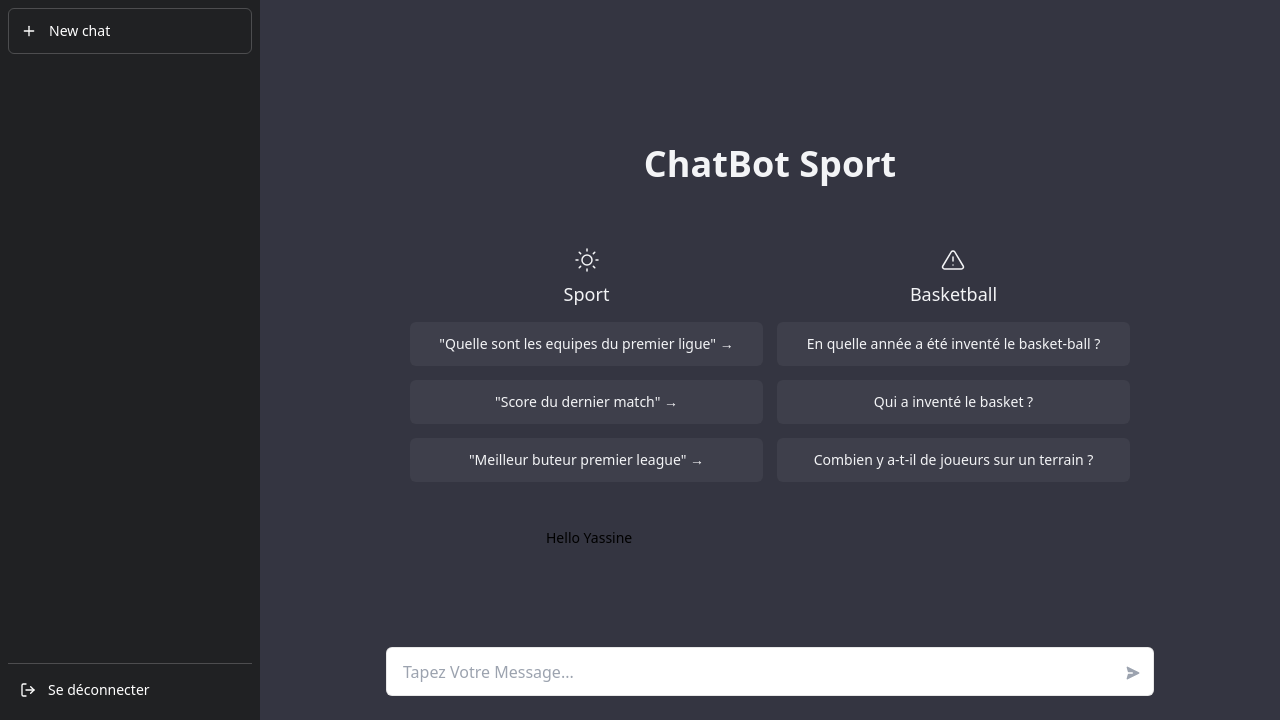
Repository: HaithemBenSlama/chatbot-front
Page: /, after clicking the first element matching `button.sc-gsFSXq`
An editor plug-in stored every save of this project. The page is shown before and after the next save, followed by the edit.
The browser window is 1280 px wide. The pictures show the whole page.
The project was rebuilt for these pictures with package versions that can differ from the ones it lists, and the page was loaded fresh each time. Also part of the build but not shown: src/constants/svg/lightningChargeIcon.js, src/constants/svg/externalLinkIcon.js, src/constants/svg/discordIcon.js, src/constants/svg/menuIcon.js, src/Components/Login/form-input.css.

Above is the page before, as saved 2023-05-01 22:10:16.

### src/App.js
import React from 'react'
import { LeftSection, RightSection } from './Components/main'
import { useState } from "react"
import Login from './Components/Login/Login';

const App = () => {
  const [isLoggedIn, setIsLoggedIn] = useState(false);
  return (
    <div>
      {isLoggedIn ? (
        <>
        <LeftSection setIsLoggedIn={setIsLoggedIn}/>
        <RightSection/>
        </>
      ) : (
        <Login setIsLoggedIn={setIsLoggedIn}/>
      )}
    </div>
  )
      }
export default App

### src/Components/main/index.js
import LeftSection from "./LeftSection";
import RightSection from "./RightSection";
import Footer from "./Footer";

export {RightSection, LeftSection, Footer}

### src/Components/Login/Login.jsx
import React from "react";
import "./login.css";
import * as Components from './Components';
import   { useState } from 'react';
import { useCookies } from "react-cookie";
import FormInput from "./FormInput";

const Login = ({setIsLoggedIn}) => {
    const [token,setToken]=useCookies(["user-token"]);
    const [signIn, toggle] = React.useState(true);
    const [data, setData] = useState();

    const [values, setValues] = useState({
        username: "",
        password: "",
    });
    const onChange = (e) => {
            setValues({ ...values, [e.target.name]: e.target.value });
    };

    const [valuesCreate, setValuesCreate] = useState({
        username: "",
        city: "",
        email: "",
        password: "",
    });
    const onChangeCreate = (e) => {
        setValuesCreate({ ...valuesCreate, [e.target.name]: e.target.value });
    };
    const handleSubmit = (e) => {
        e.preventDefault();
    };

    const inputs = [
        {
        id: 1,
        name: "username",
        type: "text",
        placeholder: "Username",
        errorMessage:
            "Username should be 3-16 characters and shouldn't include any special character!",
        label: "Username",
        pattern: "^[A-Za-z0-9]{3,16}$",
        required: true,
        },
        {
        id: 2,
        name: "password",
        type: "password",
        placeholder: "Password",
        errorMessage:
            "Password should be 8-20 characters and include at least 1 letter and 1 number!",
        label: "Password",
        pattern: `^(?=.*[0-9])(?=.*[a-zA-Z])[a-zA-Z0-9!@#$%^&*]{8,20}$`,
        required: true,
        },
    ];

    const inputsCreate = [
        {
        id: 1,
        name: "username",
        type: "text",
        placeholder: "Username",
        errorMessage:
            "Username should be 3-16 characters and shouldn't include any special character!",
        label: "Username",
        pattern: "^[A-Za-z0-9]{3,16}$",
        required: true,
        },
        {
            id: 2,
            name: "city",
            type: "text",
            placeholder: "City",
            errorMessage:
                "City name should be 3-16 characters and shouldn't include any special character!",
            label: "City",
            pattern: "^[A-Za-z]{3,16}$",
            required: true,
            },
        {
        id: 3,
        name: "email",
        type: "email",
        placeholder: "Email",
        errorMessage: "It should be a valid email address!",
        label: "Email",
        required: true,
        },
        {
        id: 4,
        name: "password",
        type: "password",
        placeholder: "Password",
        errorMessage:
            "Password should be 8-20 characters and include at least 1 letter and 1 number!",
        label: "Password",
        pattern: `^(?=.*[0-9])(?=.*[a-zA-Z])[a-zA-Z0-9!@#$%^&*]{8,20}$`,
        required: true,
        },
    ];

    const submitLog = async (e) => {
        e.preventDefault()
        const user = {
            username: values.username,
            password: values.password
        };
        const response=await fetch('http://127.0.0.1:8000/user/verif_user_login/', {
            method: 'POST',
            headers: {
                'accept': '*/*',
                'Content-Type':'multipart/form-data; boundary=--------------------------499310528544182401120976',
            },
            body:JSON.stringify(user)
        })
        const responseJson=await response.json();
        setToken("user-token",responseJson.usertoken);
    };

    const submitCreate = async (e) => {

        e.preventDefault()
        const user = {
            username: valuesCreate.username,
            city: valuesCreate.city,
            email: valuesCreate.email,
            password: valuesCreate.password
        };
        const response=await fetch('http://127.0.0.1:8000/user/verif_user/', {
            method: 'POST',
            headers: {
                'accept': '*/*',
                'Content-Type':'multipart/form-data; boundary=--------------------------499310528544182401120976',
            },
            body:JSON.stringify(user)
        })
        const responseJson=await response.json();
        setToken("user-token",responseJson.usertoken);
    };


        return(
            <div className="comp_body"><h1 className="logTitle">ChatBot</h1>
                <Components.Container>
                    <Components.SignUpContainer signinIn={signIn}>
                        <Components.Form  onSubmit={handleSubmit} >
                            <Components.Title>Create Account</Components.Title>
                            {inputsCreate.map((input) => (
                                <FormInput
                                    key={input.id}
                                    {...input}
                                    value={valuesCreate[input.name]}
                                    onChange={onChangeCreate}
                                />
                                ))}
                            <Components.Button onClick={submitCreate}>Sign Up</Components.Button>
                        </Components.Form>
                    </Components.SignUpContainer>

                    <Components.SignInContainer signinIn={signIn}>
                        <Components.Form >
                            <Components.Title>Log in</Components.Title>
                            {inputs.map((input) => (
                                <FormInput
                                    key={input.id}
                                    {...input}
                                    value={values[input.name]}
                                    onChange={onChange}
                                />
                                ))}
                            <Components.Anchor href='#'>Forgot your password?</Components.Anchor>
                            <Components.Button onClick={()=>{setIsLoggedIn(true)}} >Sign In</Components.Button>
                        </Components.Form>
                    </Components.SignInContainer>

                    <Components.OverlayContainer signinIn={signIn}>
                    <Components.Overlay signinIn={signIn}>

                    <Components.LeftOverlayPanel signinIn={signIn}>
                        <Components.Title>Welcome Back!</Components.Title>
                        <Components.Paragraph>
                            To keep connected with us please login with your personal info
                        </Components.Paragraph>
                        <Components.GhostButton onClick={() => toggle(true)}>
                            Sign In
                        </Components.GhostButton>
                        </Components.LeftOverlayPanel>

                        <Components.RightOverlayPanel signinIn={signIn}>
                            <Components.Title>Hello, Friend!</Components.Title>
                            <Components.Paragraph>
                                Enter Your personal details and start journey with us
                            </Components.Paragraph>
                                <Components.GhostButton onClick={() => toggle(false)}>
                                    Sigin Up
                                </Components.GhostButton>
                        </Components.RightOverlayPanel>

                    </Components.Overlay>
                </Components.OverlayContainer>

            </Components.Container>
        </div>
        )
}

export default Login;

### src/Components/main/LeftSection/index.js
import React from "react";
import { LogOutIcon,PlusIcon,} from "../../../constants";

const LeftSection = ({ show = false }) => {
  return (
    <div
      className={`${show && " flex flex-col"} ${
        !show && "hidden"
      } bg-black md:fixed md:inset-y-0 md:flex md:w-[260px] md:flex-col`}
    >
      <div className="flex h-full min-h-0 flex-col ">
        <div className="scrollbar-trigger flex h-full w-full flex-1 items-start border-white/20">
          <nav className="flex h-full flex-1 flex-col space-y-1 p-2">
            <a className="flex py-3 px-3 items-center gap-3 rounded-md hover:bg-gray-500/10 transition-colors duration-200 text-white cursor-pointer text-sm mb-2 flex-shrink-0 border border-white/20">
              <PlusIcon />
              New chat
            </a>
            <div className="flex-col flex-1 overflow-y-auto border-b border-white/20">
              <div className="flex flex-col gap-2 text-gray-100 text-sm">
                {/*  */}
              </div>
            </div>
              <a
                className="flex py-3 px-3 items-center gap-3 rounded-md hover:bg-gray-500/10 transition-colors duration-200 text-white cursor-pointer text-sm"
                href="/Login"
              >
                <LogOutIcon/>
                Se déconnecter
              </a>
          </nav>
        </div>
      </div>
    </div>
  );
};

export default LeftSection;

### src/Components/main/RightSection/index.js
import { CautionIcon, LightningChargeIcon, SunIcon } from "../../../constants";
import Footer from "../Footer";

const RightSection = () => {
  return (
    <div className="flex h-full flex-1 flex-col md:pl-[260px]">
      <main className="relative h-full w-full transition-width flex flex-col overflow-hidden items-stretch flex-1">
        <div className="flex-1 overflow-hidden">
          <div className="flex flex-col items-center text-sm h-full md:h-screen bg-lightBlack">
            <div className="text-gray-800 w-full md:max-w-2xl lg:max-w-3xl md:h-full md:flex md:flex-col px-6">
              <h1 className="text-4xl text-gray-100 font-semibold text-center mt-6 sm:mt-[20vh] ml-auto mr-auto mb-10 sm:mb-16">
                ChatBot Sport
              </h1>
              <div className="md:flex items-start text-center gap-3.5">
                {[
                  {
                    icon: <SunIcon />,
                    title: "Sport",
                    subTitle: [
                      `"Quelle sont les equipes du premier ligue" →`,
                      `"Score du dernier match" →`,
                      `"Meilleur buteur premier league" →`,
                    ],
                    hover: true,
                  },
                  {
                    icon: <CautionIcon />,
                    title: "Basketball",
                    subTitle: [
                      `En quelle année a été inventé le basket-ball ?`,
                      `Qui a inventé le basket ?`,
                      `Combien y a-t-il de joueurs sur un terrain ?`,
                    ],
                    hover: false,
                  },
                ].map((item, index) => (
                  <div
                    className="flex flex-col mb-8 md:mb-auto gap-3.5 flex-1"
                    key={index}
                  >
                    <h2 className="flex gap-3 text-gray-100 items-center m-auto text-lg font-normal md:flex-col md:gap-2">
                      {item.icon}
                      {item.title}
                    </h2>
                    <ul className="flex flex-col gap-3.5 w-full sm:max-w-md m-auto">
                      {item.subTitle.map((subTitle, subTitleIndex) => (
                        <button
                          className={`w-full bg-gray-50 text-gray-100 bg-white/5 p-3 rounded-md ${
                            item.hover
                              ? "hover:bg-gray-200 dark:hover:bg-gray-900 cursor-pointer"
                              : "cursor-text"
                          }`}
                          key={subTitleIndex}
                        >
                          {subTitle}
                        </button>
                      ))}
                    </ul>
                  </div>
                ))}
              </div>
            </div>
            <div className="w-1/2 h-48 flex-shrink-0">
            <div className="flex flex-col mb-8 md:mb-auto gap-3.5 flex-1">
              <ul className="flex flex-col gap-3.5 w-full sm:max-w-md m-auto">Hello Yassine</ul>
            </div>
            </div>
          </div>
        </div>
        <Footer />
      </main>
    </div>
  );
};

export default RightSection;

### src/Components/main/Footer/index.js
import React from "react";
import { PlaneIcon, UserIcon } from "../../../constants";

const Footer = () => {
  return (
    <div className="absolute bottom-0 left-0 w-full border-t md:border-t-0 dark:border-white/20 md:border-transparent md:dark:border-transparent md:bg-vert-light-gradient bg-gray-800 md:!bg-transparent">
      <form className="mx-2 flex flex-row gap-3 pt-2 last:mb-2 md:last:mb-6 lg:mx-auto lg:max-w-3xl lg:pt-6">
        <div className="relative flex h-full flex-1 md:flex-col">
          <div className="ml-1 mt-1.5 md:w-full md:m-auto md:flex md:mb-2 gap-2 justify-center">
            <div className="text-gray-100 p-1 md:hidden">
              <UserIcon />
            </div>
          </div>
          {/* Input */}
          <div className="flex flex-col w-full py-2 pl-3 flex-grow md:py-3 md:pl-4 relative border border-black/10 bg-white dark:border-gray-900/50 dark:text-white rounded-md bg-[rgba(64,65,79,var(--tw-bg-opacity))]">
            <textarea
              tabIndex="0"
              data-id="root"
              rows="1"
              placeholder="Tapez Votre Message..."
              className="m-0 w-full resize-none border-0 bg-transparent p-0 pr-7 focus:ring-0 focus-visible:ring-0 dark:bg-transparent outline-none overflow-y-hidden h-[23px]"
            ></textarea>
            <button className="absolute p-1 rounded-md text-gray-400 bottom-1.5 right-1 md:bottom-2.5 md:right-2 hover:bg-black">
              <PlaneIcon />
            </button>
          </div>
        </div>
      </form>
    </div>
  );
};

export default Footer;

### src/Components/Login/login.css
* {
    box-sizing: border-box;
}

.comp_body {
    background: #f6f5f7;
    display: flex;
    justify-content: center;
    align-items: center;
    flex-direction: column;
    font-family: "Montserrat", sans-serif;
    height: 100vh;
    margin: -20px 0 50px;
}
.logTitle {
    font-size: 3rem;
    font-weight: 600;
    text-align: center;
    margin-bottom: 2rem;
    color: #038c7a;
    text-shadow: 2px 2px 0px #f2f2f2, -2px -2px 0px #f2f2f2, 2px -2px 0px #f2f2f2, -2px 2px 0px #f2f2f2;
    text-transform: uppercase;
    letter-spacing: 3px;
    line-height: 1;
    position: relative;
}
.logTitle:before{
    content: "";
    width: 100%;
    height: 1px;
    position: absolute;
    bottom: -0.5rem;
    left: 0;
    background-color: #5c5c5c;
}

### src/Components/Login/Components.js
import styled from 'styled-components';

export const Container = styled.div`
background-color: #fff;
border-radius: 10px;
box-shadow: 0 14px 28px rgba(0, 0, 0, 0.25), 0 10px 10px rgba(0, 0, 0, 0.22);
position: relative;
overflow: hidden;
width: 678px;
max-width: 100%;
min-height: 450px;
`;

export const SignUpContainer = styled.div`
position: absolute;
top: 0;
height: 100%;
transition: all 0.6s ease-in-out;
left: 0;
width: 50%;
opacity: 0;
z-index: 1;
${props => props.signinIn !== true ? `
    transform: translateX(100%);
    opacity: 1;
    z-index: 5;
`
: null}
`;


export const SignInContainer = styled.div`
position: absolute;
top: 0;
height: 100%;
transition: all 0.6s ease-in-out;
left: 0;
width: 50%;
z-index: 2;
${props => (props.signinIn !== true ? `transform: translateX(100%);` : null)}
`;

export const Form = styled.div`
background-color: #ffffff;
display: flex;
align-items: center;
justify-content: center;
flex-direction: column;
padding: 0 50px;
height: 100%;
text-align: center;
`;

export const Title = styled.h1`
font-weight: bold;
margin-bottom: 15px;
`;

export const Input = styled.input`
background-color: #eee;
border: none;
padding: 12px 15px;
margin: 8px 0;
width: 100%;
`;


export const Button = styled.button`
    border-radius: 20px;
    border: 1px solid #1775d2;
    background-color: #1775d2;
    color: #ffffff;
    font-size: 12px;
    font-weight: bold;
    padding: 12px 45px;
    letter-spacing: 1px;
    text-transform: uppercase;
    transition: transform 80ms ease-in;
    &:active{
        transform: scale(0.95);
    }
    &:focus {
        outline: none;
    }
`;
export const GhostButton = styled(Button)`
background-color: transparent;
border-color: #ffffff;
`;

export const Anchor = styled.a`
color: #333;
font-size: 14px;
text-decoration: none;
margin: 15px 0;
`;
export const OverlayContainer = styled.div`
position: absolute;
top: 0;
left: 50%;
width: 50%;
height: 100%;
overflow: hidden;
transition: transform 0.6s ease-in-out;
z-index: 100;
${props =>
props.signinIn !== true ? `transform: translateX(-100%);` : null}
`;

export const Overlay = styled.div`
background: #1775d2;
background: -webkit-linear-gradient(to right, #1775d2, #25b579);
background: linear-gradient(to right, #1775d2,#1775d2);
background-repeat: no-repeat;
background-size: cover;
background-position: 0 0;
color: #ffffff;
position: relative;
left: -100%;
height: 100%;
width: 200%;
transform: translateX(0);
transition: transform 0.6s ease-in-out;
${props => (props.signinIn !== true ? `transform: translateX(50%);` : null)}
`;

export const OverlayPanel = styled.div`
    position: absolute;
    display: flex;
    align-items: center;
    justify-content: center;
    flex-direction: column;
    padding: 0 40px;
    text-align: center;
    top: 0;
    height: 100%;
    width: 50%;
    transform: translateX(0);
    transition: transform 0.6s ease-in-out;
`;

export const LeftOverlayPanel = styled(OverlayPanel)`
transform: translateX(-20%);
${props => props.signinIn !== true ? `transform: translateX(0);` : null}
`;

export const RightOverlayPanel = styled(OverlayPanel)`
    right: 0;
    transform: translateX(0);
    ${props => props.signinIn !== true ? `transform: translateX(20%);` : null}
`;

export const Paragraph = styled.p`
font-size: 14px;
font-weight: 100;
line-height: 20px;
letter-spacing: 0.5px;
margin: 20px 0 30px
`;

### src/Components/Login/FormInput.jsx
import { useState } from "react";
import "./form-input.css";

const FormInput = (props) => {
const [focused, setFocused] = useState(false);
const { label, errorMessage, onChange, id, ...inputProps } = props;

const handleFocus = (e) => {
    setFocused(true);
};

return (
    <div className="formInput">
    <input className="inputAuth"
        {...inputProps}
        onChange={onChange}
        onBlur={handleFocus}
        onFocus={() =>
        inputProps.name === "confirmPassword" && setFocused(true)
        }
        focused={focused.toString()}
    />
    <span className="spanAuth">{errorMessage}</span>
    </div>
);
};

export default FormInput;

### src/constants/index.js
import SunIcon from "./svg/sunIcon";
import LightningChargeIcon from "./svg/lightningChargeIcon";
import CautionIcon from "./svg/cautionIcon";
import PlaneIcon from "./svg/planeIcon";
import PlusIcon from "./svg/plusIcon";
import ExternalLinkIcon from "./svg/externalLinkIcon";
import DiscordIcon from "./svg/discordIcon";
import LogOutIcon from "./svg/logOutIcon";
import MenuIcon from "./svg/menuIcon";
import UserIcon from "./svg/userIcon";

export {
  SunIcon,
  LightningChargeIcon,
  CautionIcon,
  PlaneIcon,
  PlusIcon,
  DiscordIcon,
  ExternalLinkIcon,
  LogOutIcon,
  MenuIcon,
  UserIcon,
};

### src/constants/svg/sunIcon.js
import React from "react";

const SunIcon = ({ className = "h-6 w-6", strokeWidth = "1.5" }) => {
  return (
    <svg
      stroke="currentColor"
      fill="none"
      strokeWidth={strokeWidth}
      viewBox="0 0 24 24"
      strokeLinecap="round"
      strokeLinejoin="round"
      className={className}
      height="1em"
      width="1em"
      xmlns="http://www.w3.org/2000/svg"
    >
      <circle cx="12" cy="12" r="5"></circle>
      <line x1="12" y1="1" x2="12" y2="3"></line>
      <line x1="12" y1="21" x2="12" y2="23"></line>
      <line x1="4.22" y1="4.22" x2="5.64" y2="5.64"></line>
      <line x1="18.36" y1="18.36" x2="19.78" y2="19.78"></line>
      <line x1="1" y1="12" x2="3" y2="12"></line>
      <line x1="21" y1="12" x2="23" y2="12"></line>
      <line x1="4.22" y1="19.78" x2="5.64" y2="18.36"></line>
      <line x1="18.36" y1="5.64" x2="19.78" y2="4.22"></line>
    </svg>
  );
};

export default SunIcon;

### src/constants/svg/cautionIcon.js
import React from "react";

const CautionIcon = () => {
  return (
    <svg
      stroke="currentColor"
      fill="none"
      strokeWidth="1.5"
      viewBox="0 0 24 24"
      strokeLinecap="round"
      strokeLinejoin="round"
      className="h-6 w-6"
      height="1em"
      width="1em"
      xmlns="http://www.w3.org/2000/svg"
    >
      <path d="M10.29 3.86L1.82 18a2 2 0 0 0 1.71 3h16.94a2 2 0 0 0 1.71-3L13.71 3.86a2 2 0 0 0-3.42 0z"></path>
      <line x1="12" y1="9" x2="12" y2="13"></line>
      <line x1="12" y1="17" x2="12.01" y2="17"></line>
    </svg>
  );
};

export default CautionIcon;

### src/constants/svg/planeIcon.js
import React from "react";

const PlaneIcon = () => {
  return (
    <svg
      stroke="currentColor"
      fill="currentColor"
      strokeWidth="0"
      viewBox="0 0 20 20"
      className="h-4 w-4 rotate-90"
      height="1em"
      width="1em"
      xmlns="http://www.w3.org/2000/svg"
    >
      <path d="M10.894 2.553a1 1 0 00-1.788 0l-7 14a1 1 0 001.169 1.409l5-1.429A1 1 0 009 15.571V11a1 1 0 112 0v4.571a1 1 0 00.725.962l5 1.428a1 1 0 001.17-1.408l-7-14z"></path>
    </svg>
  );
};

export default PlaneIcon;

### src/constants/svg/plusIcon.js
import React from "react";

const PlusIcon = ({ className = "h-4 w-4" }) => {
  return (
    <svg
      stroke="currentColor"
      fill="none"
      strokeWidth="2"
      viewBox="0 0 24 24"
      strokeLinecap="round"
      strokeLinejoin="round"
      className={className}
      height="1em"
      width="1em"
      xmlns="http://www.w3.org/2000/svg"
    >
      <line x1="12" y1="5" x2="12" y2="19"></line>
      <line x1="5" y1="12" x2="19" y2="12"></line>
    </svg>
  );
};

export default PlusIcon;

### src/constants/svg/logOutIcon.js
import React from "react";

const LogOutIcon = () => {
  return (
    <svg
      stroke="currentColor"
      fill="none"
      strokeWidth="2"
      viewBox="0 0 24 24"
      strokeLinecap="round"
      strokeLinejoin="round"
      className="h-4 w-4"
      height="1em"
      width="1em"
      xmlns="http://www.w3.org/2000/svg"
    >
      <path d="M9 21H5a2 2 0 0 1-2-2V5a2 2 0 0 1 2-2h4"></path>
      <polyline points="16 17 21 12 16 7"></polyline>
      <line x1="21" y1="12" x2="9" y2="12"></line>
    </svg>
  );
};

export default LogOutIcon;

### src/constants/svg/userIcon.js
import React from "react";

const UserIcon = () => {
  return (
    <svg
      xmlns="http://www.w3.org/2000/svg"
      fill="none"
      viewBox="0 0 24 24"
      strokeWidth={1.5}
      stroke="currentColor"
      className="w-6 h-6"
    >
      <path
        strokeLinecap="round"
        strokeLinejoin="round"
        d="M15.75 6a3.75 3.75 0 11-7.5 0 3.75 3.75 0 017.5 0zM4.501 20.118a7.5 7.5 0 0114.998 0A17.933 17.933 0 0112 21.75c-2.676 0-5.216-.584-7.499-1.632z"
      />
    </svg>
  );
};

export default UserIcon;

### tailwind.config.js
/** @type {import('tailwindcss').Config} */
module.exports = {
  content: ["./src/**/*.{js,jsx,ts,tsx}"],
  theme: {
    extend: {
      colors: {
        black: "#202123",
        lightBlack: "#343541",
      },
    },
  },
  plugins: [],
};

Loaded but not shown: public/index.html (common file); src/index.js (common file); src/index.css (common file)

After the next save:
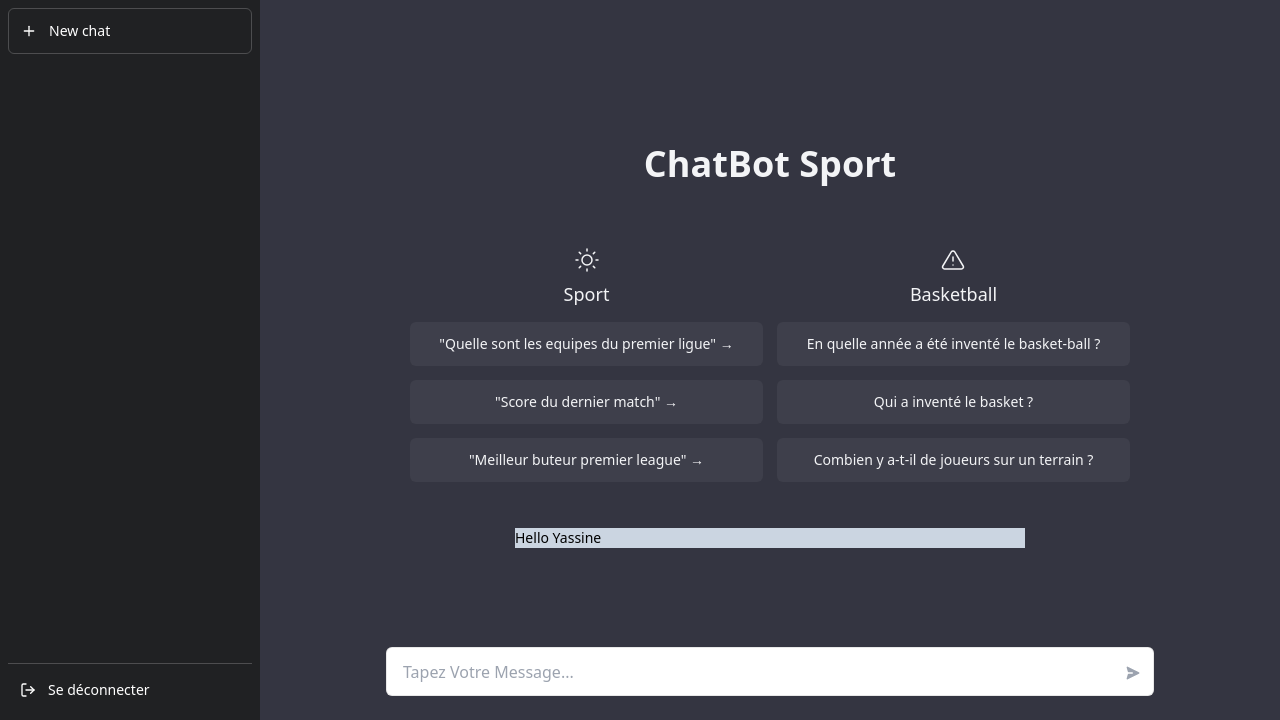
Saved 23 s later.
--- a/src/Components/main/RightSection/index.js
+++ b/src/Components/main/RightSection/index.js
@@ -61,9 +61,7 @@ const RightSection = () => {
               </div>
             </div>
             <div className="w-1/2 h-48 flex-shrink-0">
-            <div className="flex flex-col mb-8 md:mb-auto gap-3.5 flex-1">
-              <ul className="flex flex-col gap-3.5 w-full sm:max-w-md m-auto">Hello Yassine</ul>
-            </div>
+              <p className="bg-slate-300">Hello Yassine</p>
             </div>
           </div>
         </div>
